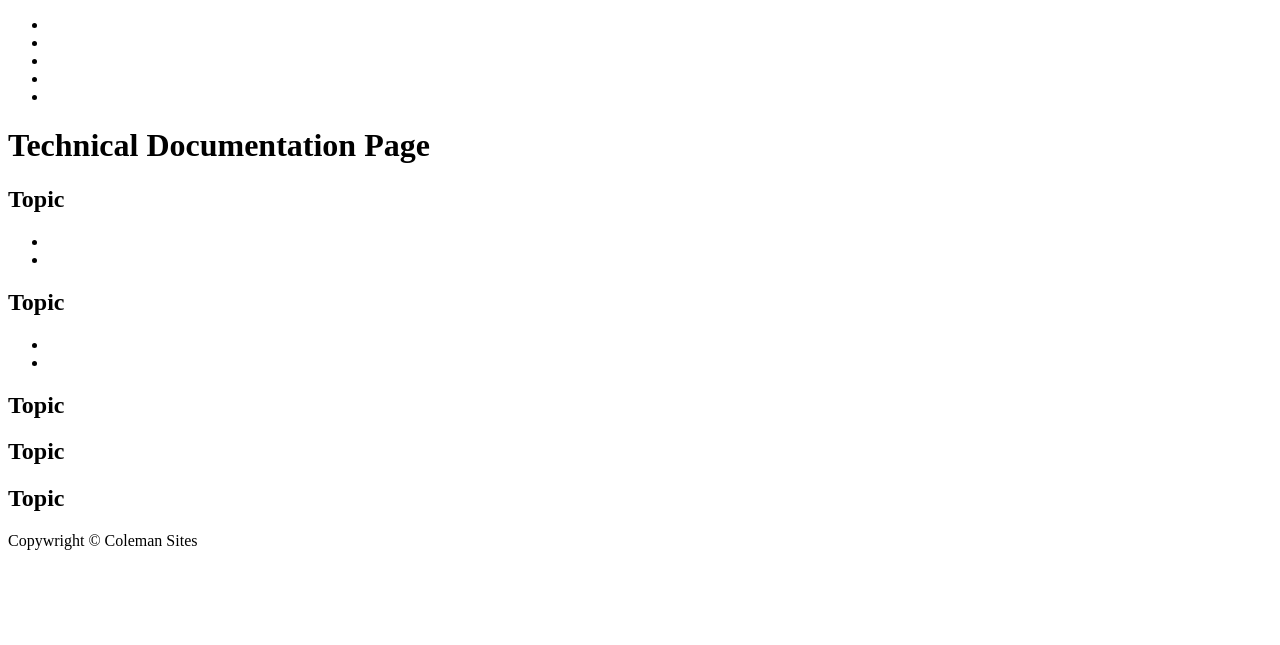
Repository: ctcoleman/technicalDocumentationPage
Page: index.html
An editor plug-in stored every save of this project. The page is shown before and after the next save, followed by the edit.
The browser window is 1280 px wide. The pictures show the whole page.

Above is the page before, as saved 2020-07-09 21:37:13.

After the next save:
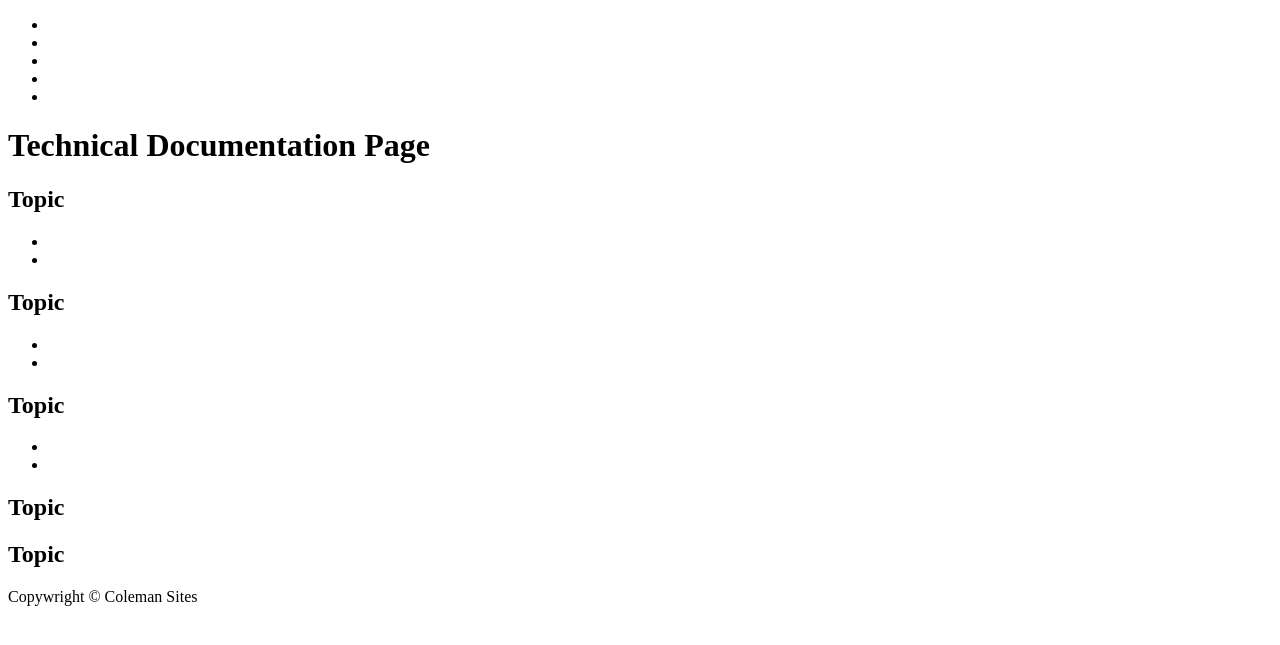
Saved 13 s later.
--- a/index.html
+++ b/index.html
@@ -61,6 +61,15 @@
 
     <section class="main-section">
       <h2 class="topic-header">Topic</h2>
+        <p>
+          <ul>
+            <li></li>
+            <li></li>
+          </ul>
+        </p>
+        <p>
+
+        </p>
     </section>
 
     <section class="main-section">
